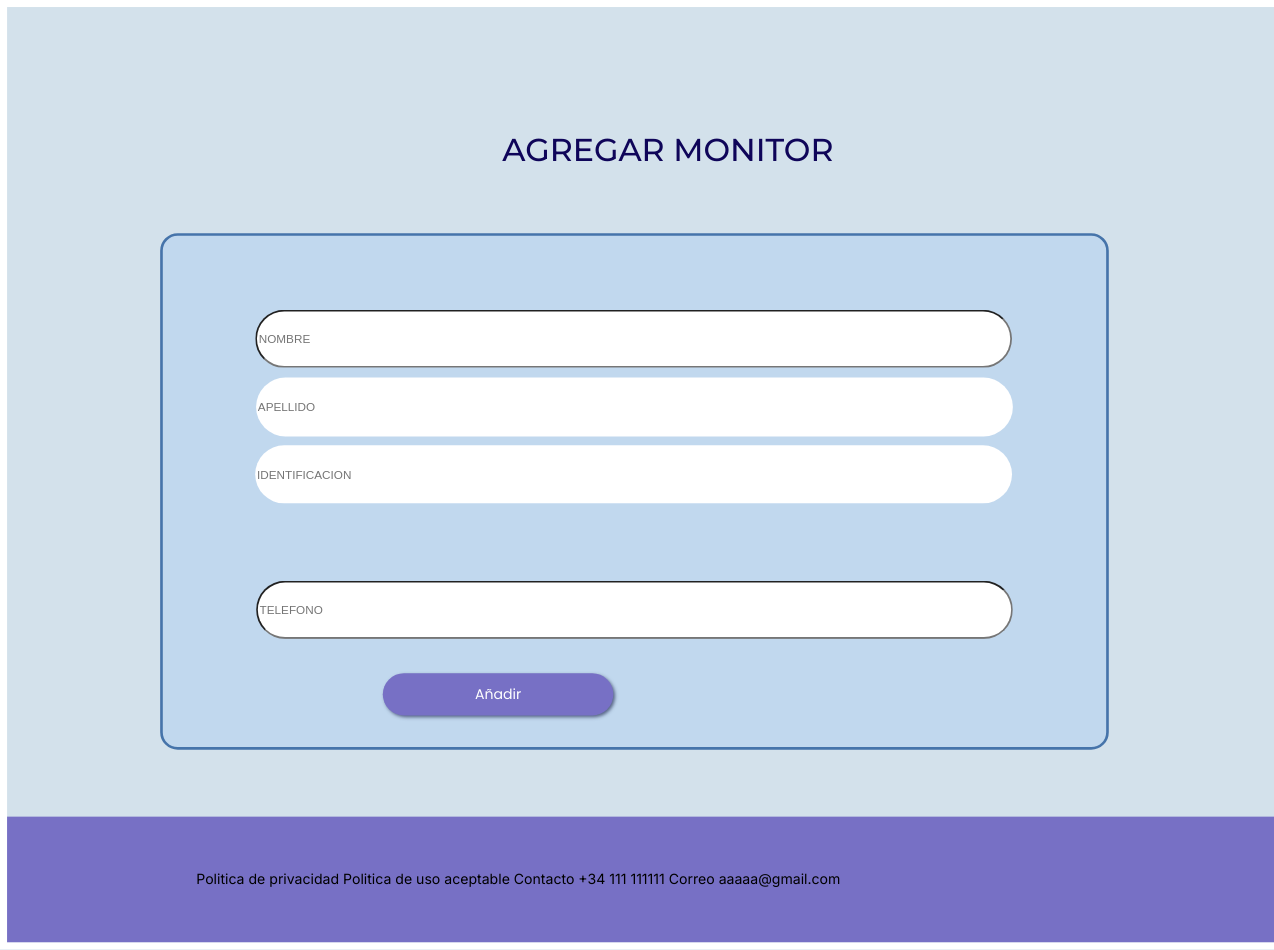
Repository: maariadomiingo/Proyecto-Integrador-Campamento
Page: html/agregarMonitor.html
The author's editor kept a copy of each file at every save. The page is drawn from the files as they stood at one save, then again after the next save.
The browser window is 1280 px wide. The page is 1448 px wide, so the pictures cover 1448 px, including what lies to the right of the window. The pictures show the whole page, at 88% of full size.

Above is the page before, as saved 2025-02-13 10:40:39.

After the next save:
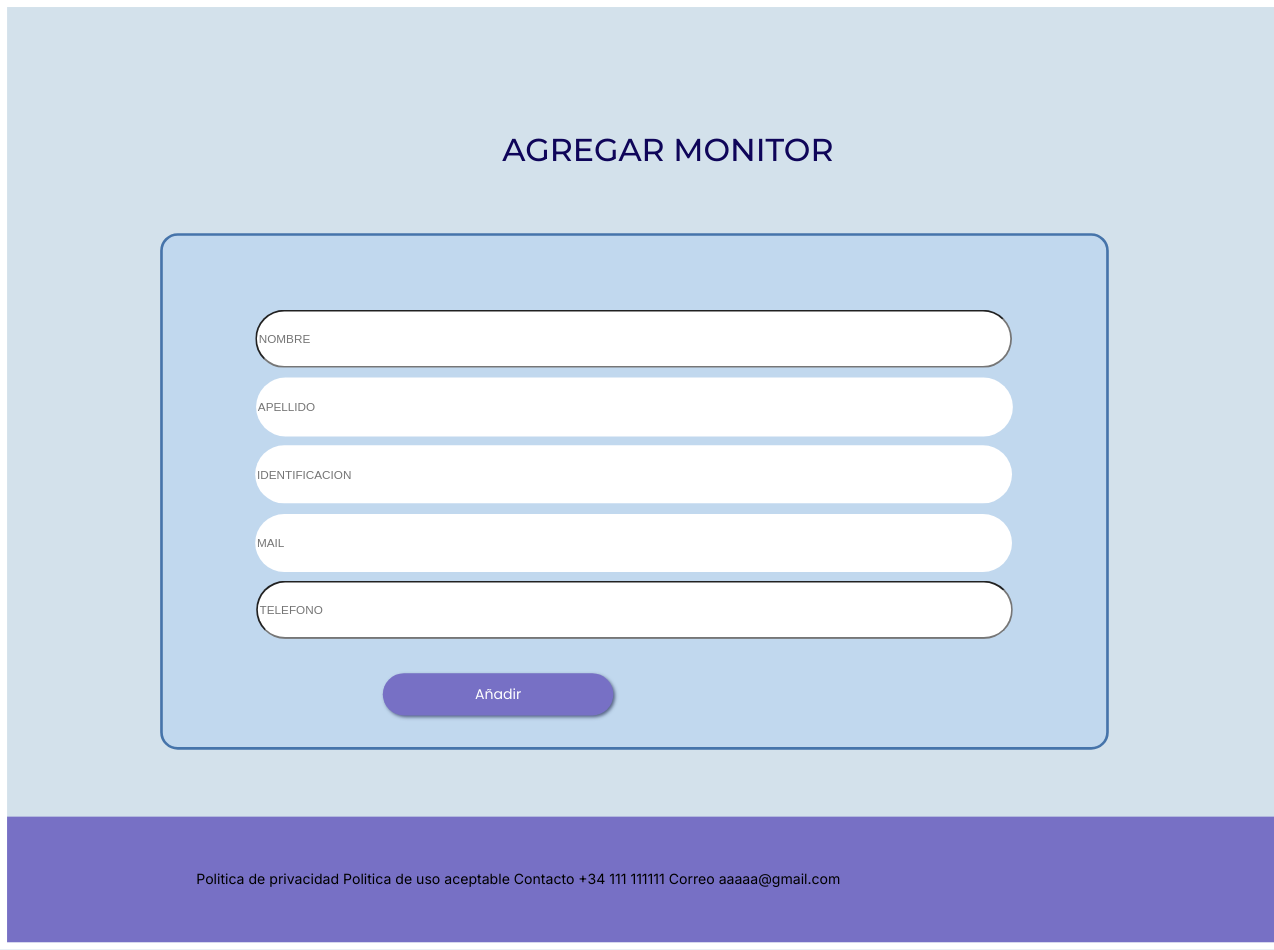
Saved 12 s later.
--- a/css/agregarMonitor.css
+++ b/css/agregarMonitor.css
@@ -154,7 +154,7 @@ button {
   z-index: 10;
   border-radius: 50px;
 }
-.rectangle-button-8 {
+.mail {
   position: absolute;
   width: 860px;
   height: 66px;
